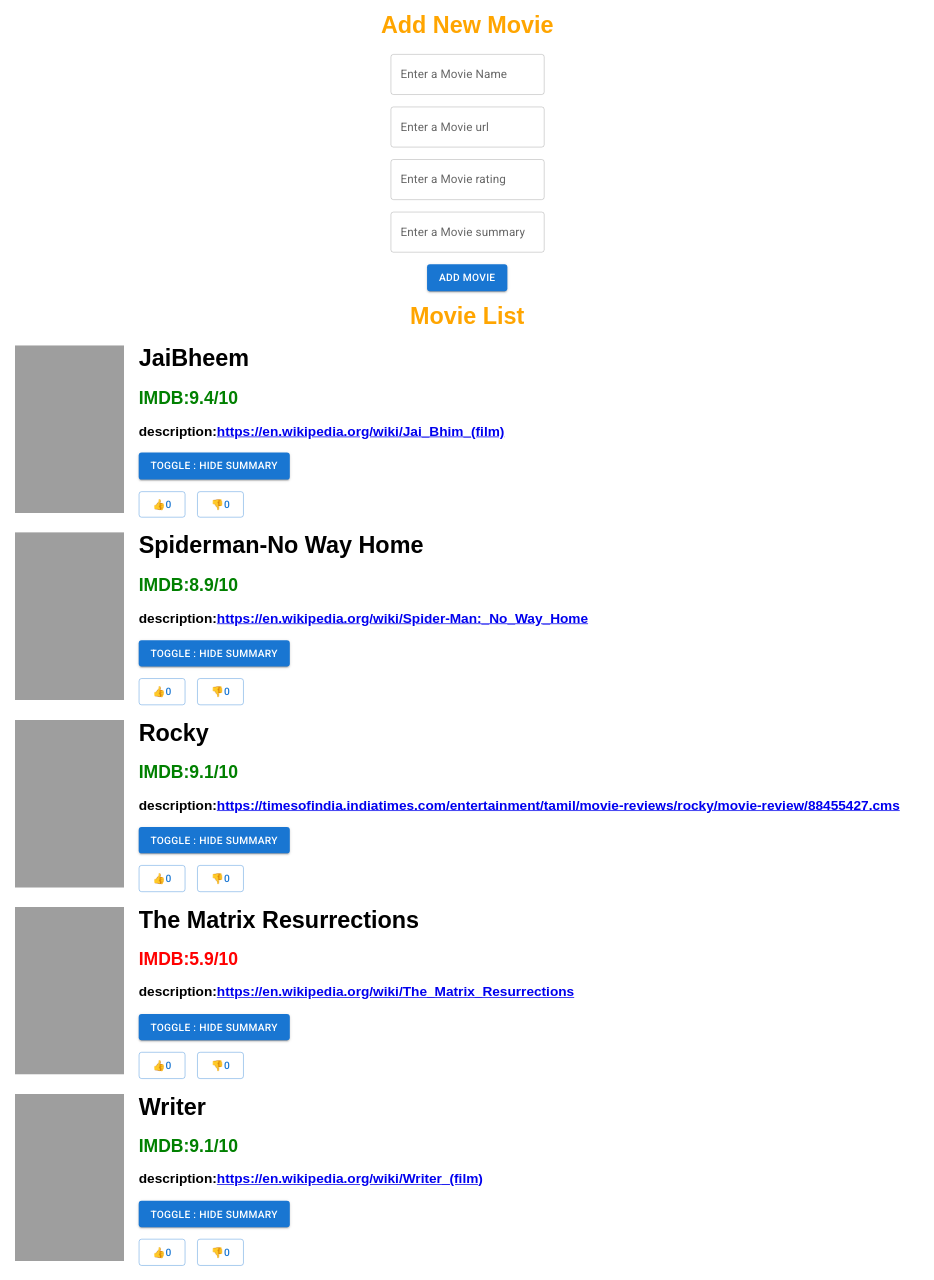
Repository: baladhinesh18/first-app
Page: /AddColor
The author's editor kept a copy of each file at every save. The page is drawn from the files as they stood at one save, then again after the next save.
The browser window is 1280 px wide. The pictures show the whole page, at 73% of full size.
Pictures or frames that could not be fetched are drawn as grey boxes. The project was rebuilt for these pictures with package versions that can differ from the ones it lists, and the page was loaded fresh each time.

Above is the page before, as saved 2022-01-07 18:33:01.

After the next save:
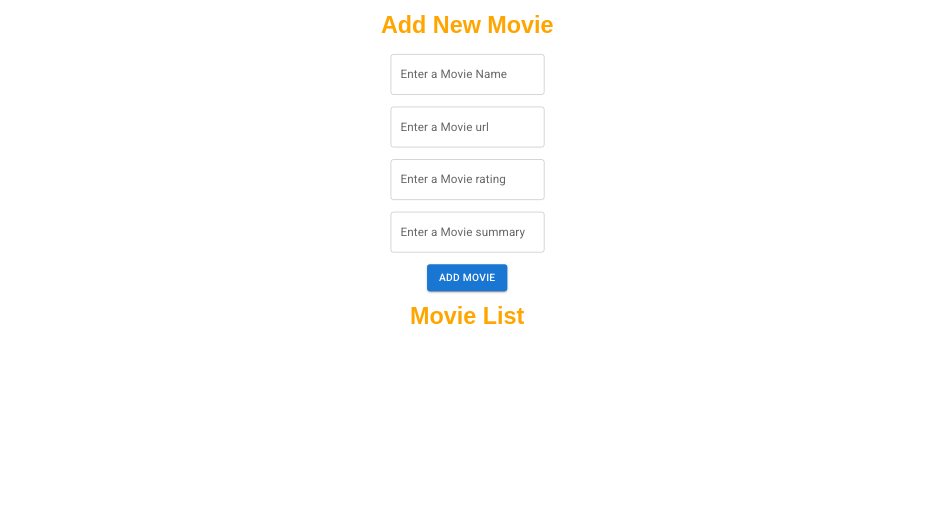
Saved 2 days later.
--- a/src/App.js
+++ b/src/App.js
@@ -63,7 +63,7 @@
       {/* <Counter/> */}
       </div>
      <h1 className="lor">Movie List</h1>
-      {users.map(({ name, url ,rating,summary}) => (
+      {add.map(({ name, url ,rating,summary}) => (
         <Starting key={url} nme={name} ur={url} rat={rating} des={summary} >
         </Starting>
       ))}

After the save that followed:
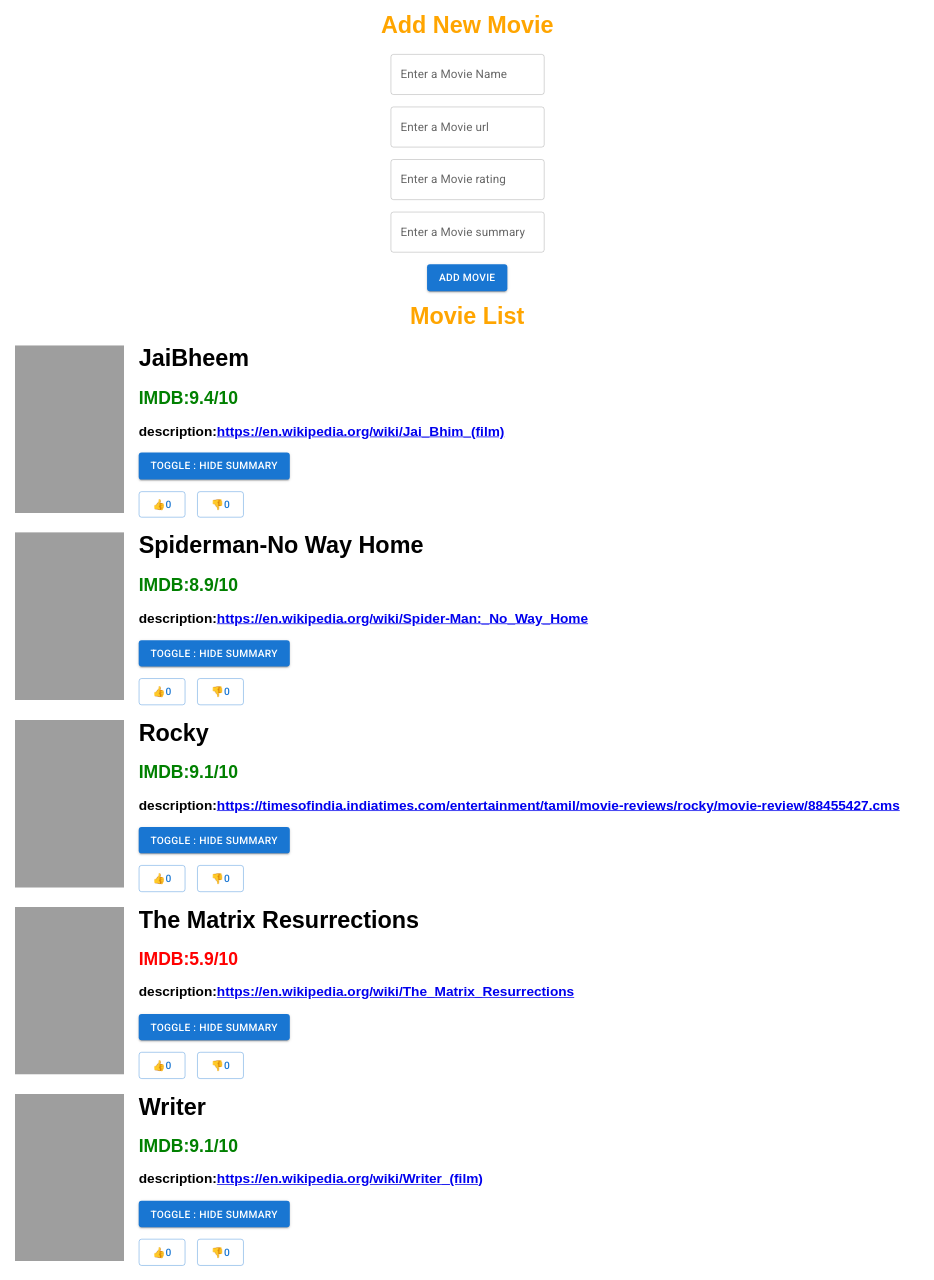
Saved 61 s later.
--- a/src/App.js
+++ b/src/App.js
@@ -47,7 +47,7 @@
   const [url, setUrl] = useState("");
   const [rating, setRating] = useState("");
   const [summary, setSummary] = useState("");
-  const[add,setAdd] =useState([]);
+  const[add,setAdd] =useState(users);
   // const[update,setUpdate] =useState([{users}]);
   console.log(add);
   const x={name,url,rating,summary}
